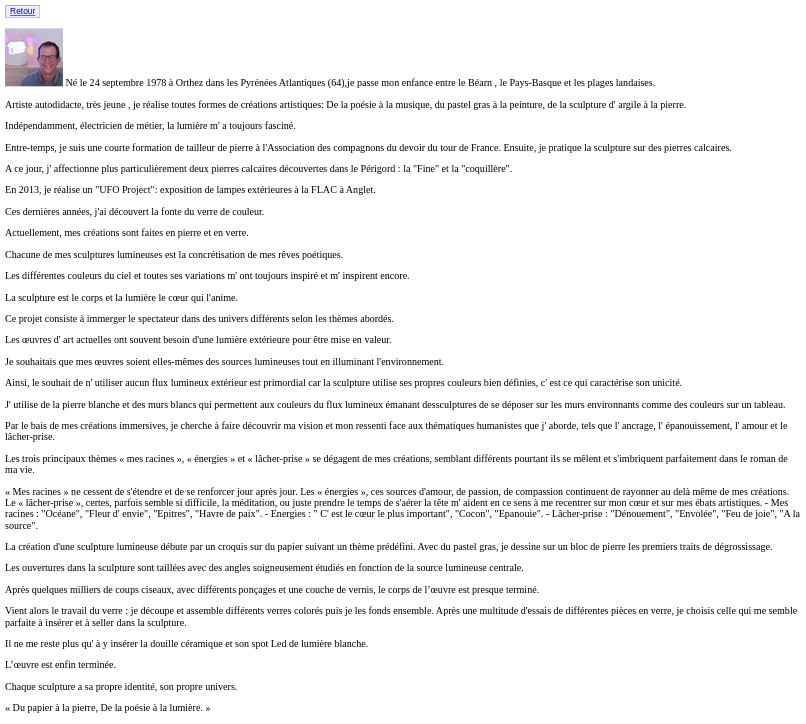
Repository: lysianebo/EricBidart
Page: presentation_more.html
These files come from the project's save history. The page is drawn as it stood at one moment and after the next save; the edit follows.
The browser window is 1280 px wide. The pictures show the whole page, at 63% of full size.

Above is the page before, as saved 2023-10-29 07:46:07.

### presentation_more.html
<!DOCTYPE html>
<html lang="en">
<head>
    <meta charset="UTF-8">
    <meta name="viewport" content="width=device-width, initial-scale=1.0">
    <title>Document</title>
    <link rel="stylesheet" href="public/css/style.css">
</head>
<body>
    <button class="back-button"><a href="presentation.html">Retour</a></button>
    <div class="hidden" id="presentation-content">
        <p class="text"><img src="public/images/happy_moi.jpeg" alt=""> Né le 24 septembre 1978 à Orthez dans les Pyrénées Atlantiques (64),je passe mon enfance entre le Béarn , le Pays-Basque et les plages landaises.</p>
        <p> Artiste autodidacte, très jeune , je réalise toutes formes de créations artistiques: De la poésie à la musique, du pastel gras à la peinture, de la sculpture d' argile à la pierre.</p>
        <p> Indépendamment, électricien de métier, la lumière m' a toujours fasciné.</p>
        <p> Entre-temps, je suis une courte formation de tailleur de pierre à l'Association des compagnons du devoir du
            tour de France. Ensuite, je pratique la sculpture sur des pierres calcaires.</p>
        <p> A ce jour, j' affectionne plus particulièrement deux pierres calcaires découvertes dans le Périgord : la
            "Fine" et la "coquillère".</p>
        <p> En 2013, je réalise un "UFO Project": exposition de lampes extérieures à la FLAC à Anglet.</p>
        <p> Ces dernières années, j'ai découvert la fonte du verre de couleur.</p>
        <p> Actuellement, mes créations sont faites en pierre et en verre.</p>
        <p>Chacune de mes sculptures lumineuses est la concrétisation de mes rêves poétiques.</p>
    </div>
    <div class="hidden" id="demarche-content">
        <p>Les différentes couleurs du ciel et toutes ses variations m' ont toujours inspiré et m' inspirent encore.
            <p>La sculpture est le corps et la lumière le cœur qui l'anime.</p>
            Ce projet consiste à immerger le spectateur dans des univers différents selon les thèmes abordés.
            <p>Les œuvres d' art actuelles ont souvent besoin d'une lumière extérieure pour être mise en valeur.</p>
            <p>Je souhaitais que mes œuvres soient elles-mêmes des sources lumineuses tout en illuminant l'environnement.</p>
            <p>Ainsi, le souhait de n' utiliser aucun flux lumineux extérieur est primordial car la sculpture utilise ses propres couleurs bien définies, c' est ce qui caractérise son unicité.</p>
            <p>J' utilise de la pierre blanche et des murs blancs qui permettent aux couleurs du flux lumineux émanant dessculptures de se déposer sur les murs environnants comme des couleurs sur un tableau.</p>
            <p>Par le bais de mes créations immersives, je cherche à faire découvrir ma vision et mon ressenti face aux thématiques humanistes que j' aborde, tels que l' ancrage, l' épanouissement, l' amour et le lâcher-prise.</p>



            <p>
                Les trois principaux thèmes « mes racines », « énergies » et « lâcher-prise » se dégagent de mes créations,
                semblant différents pourtant ils se mêlent et s'imbriquent parfaitement dans le roman de ma vie.
            </p>

            « Mes racines » ne cessent de s'étendre et de se renforcer jour après jour.

            Les « énergies », ces sources d'amour, de passion, de compassion continuent de rayonner au delà même de mes
            créations.

            Le « lâcher-prise », certes, parfois semble si difficile, la méditation, ou juste prendre le temps de s'aérer la
            tête m' aident en ce sens à me recentrer sur mon cœur et sur mes ébats artistiques.

            - Mes racines : "Océane", "Fleur d' envie", "Epitres", "Havre de paix".

            - Energies : " C' est le cœur le plus important", "Cocon", "Epanouie".

            - Lâcher-prise : "Dénouement", "Envolée", "Feu de joie", "A la source".

        </p>
    </div>
    <div class="hidden"
        id="technique-content">
        <p>La création d'une sculpture lumineuse débute par un croquis sur du papier suivant un thème prédéfini. Avec du
            pastel gras, je dessine sur un bloc de pierre les premiers traits de dégrossissage. </p>
        <p>Les ouvertures dans la sculpture sont taillées avec des angles soigneusement étudiés en fonction de la source
            lumineuse centrale.</p>
        <p>Après quelques milliers de coups ciseaux, avec différents ponçages et une couche de vernis,
            le corps de l’œuvre est presque terminé.</p>
        <p> Vient alors le travail du verre : je découpe et assemble différents verres colorés puis je les fonds ensemble.
            Après une multitude d'essais de différentes pièces en verre, je choisis celle qui me semble parfaite à insérer
            et à seller dans la sculpture.</p>
        <p>Il ne me reste plus qu' à y insérer la douille céramique et son spot Led de lumière blanche.</p>
        </p>
        <p> L’œuvre est enfin terminée.</p>


        <p> Chaque sculpture a sa propre identité, son propre univers.</p>

        <p> « Du papier à la pierre, De la poésie à la lumière. »</p>
    </div>

    </div>
</body>
</html>

### public/css/style.css
/* @import url("https://fonts.googleapis.com/css2?family=Belanosima:wght@400;700&family=Noto+Sans&family=Outfit&family=Rubik:wght@400;500;700&display=swap"); */
/*# sourceMappingURL=style.css.map */

After the next save:
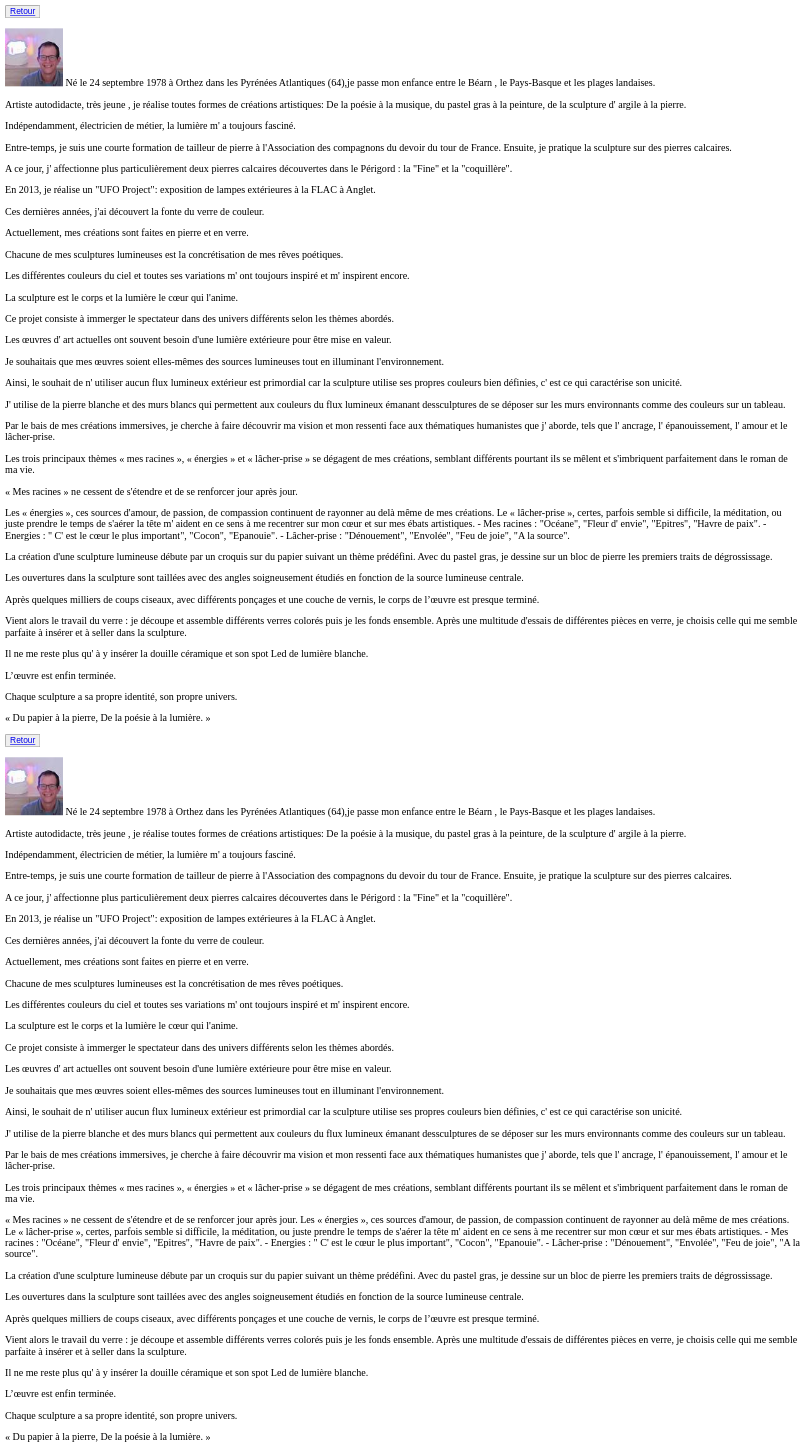
Saved 15 s later.
--- a/presentation_more.html
+++ b/presentation_more.html
@@ -1,3 +1,83 @@
+<!DOCTYPE html>
+<html lang="en">
+<head>
+    <meta charset="UTF-8">
+    <meta name="viewport" content="width=device-width, initial-scale=1.0">
+    <title>Document</title>
+    <link rel="stylesheet" href="public/css/style.css">
+</head>
+<body>
+    <button class="back-button"><a href="presentation.html">Retour</a></button>
+    <div class="hidden" id="presentation-content">
+        <p class="text"><img src="public/images/happy_moi.jpeg" alt=""> Né le 24 septembre 1978 à Orthez dans les Pyrénées Atlantiques (64),je passe mon enfance entre le Béarn , le Pays-Basque et les plages landaises.</p>
+        <p> Artiste autodidacte, très jeune , je réalise toutes formes de créations artistiques: De la poésie à la musique, du pastel gras à la peinture, de la sculpture d' argile à la pierre.</p>
+        <p> Indépendamment, électricien de métier, la lumière m' a toujours fasciné.</p>
+        <p> Entre-temps, je suis une courte formation de tailleur de pierre à l'Association des compagnons du devoir du
+            tour de France. Ensuite, je pratique la sculpture sur des pierres calcaires.</p>
+        <p> A ce jour, j' affectionne plus particulièrement deux pierres calcaires découvertes dans le Périgord : la
+            "Fine" et la "coquillère".</p>
+        <p> En 2013, je réalise un "UFO Project": exposition de lampes extérieures à la FLAC à Anglet.</p>
+        <p> Ces dernières années, j'ai découvert la fonte du verre de couleur.</p>
+        <p> Actuellement, mes créations sont faites en pierre et en verre.</p>
+        <p>Chacune de mes sculptures lumineuses est la concrétisation de mes rêves poétiques.</p>
+    </div>
+    <div class="hidden" id="demarche-content">
+        <p>Les différentes couleurs du ciel et toutes ses variations m' ont toujours inspiré et m' inspirent encore.
+            <p>La sculpture est le corps et la lumière le cœur qui l'anime.</p>
+            Ce projet consiste à immerger le spectateur dans des univers différents selon les thèmes abordés.
+            <p>Les œuvres d' art actuelles ont souvent besoin d'une lumière extérieure pour être mise en valeur.</p>
+            <p>Je souhaitais que mes œuvres soient elles-mêmes des sources lumineuses tout en illuminant l'environnement.</p>
+            <p>Ainsi, le souhait de n' utiliser aucun flux lumineux extérieur est primordial car la sculpture utilise ses propres couleurs bien définies, c' est ce qui caractérise son unicité.</p>
+            <p>J' utilise de la pierre blanche et des murs blancs qui permettent aux couleurs du flux lumineux émanant dessculptures de se déposer sur les murs environnants comme des couleurs sur un tableau.</p>
+            <p>Par le bais de mes créations immersives, je cherche à faire découvrir ma vision et mon ressenti face aux thématiques humanistes que j' aborde, tels que l' ancrage, l' épanouissement, l' amour et le lâcher-prise.</p>
+
+
+
+            <p>
+                Les trois principaux thèmes « mes racines », « énergies » et « lâcher-prise » se dégagent de mes créations,
+                semblant différents pourtant ils se mêlent et s'imbriquent parfaitement dans le roman de ma vie.
+            </p>
+
+            <p>« Mes racines » ne cessent de s'étendre et de se renforcer jour après jour.</p>
+
+            Les « énergies », ces sources d'amour, de passion, de compassion continuent de rayonner au delà même de mes
+            créations.
+
+            Le « lâcher-prise », certes, parfois semble si difficile, la méditation, ou juste prendre le temps de s'aérer la
+            tête m' aident en ce sens à me recentrer sur mon cœur et sur mes ébats artistiques.
+
+            - Mes racines : "Océane", "Fleur d' envie", "Epitres", "Havre de paix".
+
+            - Energies : " C' est le cœur le plus important", "Cocon", "Epanouie".
+
+            - Lâcher-prise : "Dénouement", "Envolée", "Feu de joie", "A la source".
+
+        </p>
+    </div>
+    <div class="hidden"
+        id="technique-content">
+        <p>La création d'une sculpture lumineuse débute par un croquis sur du papier suivant un thème prédéfini. Avec du
+            pastel gras, je dessine sur un bloc de pierre les premiers traits de dégrossissage. </p>
+        <p>Les ouvertures dans la sculpture sont taillées avec des angles soigneusement étudiés en fonction de la source
+            lumineuse centrale.</p>
+        <p>Après quelques milliers de coups ciseaux, avec différents ponçages et une couche de vernis,
+            le corps de l’œuvre est presque terminé.</p>
+        <p> Vient alors le travail du verre : je découpe et assemble différents verres colorés puis je les fonds ensemble.
+            Après une multitude d'essais de différentes pièces en verre, je choisis celle qui me semble parfaite à insérer
+            et à seller dans la sculpture.</p>
+        <p>Il ne me reste plus qu' à y insérer la douille céramique et son spot Led de lumière blanche.</p>
+        </p>
+        <p> L’œuvre est enfin terminée.</p>
+
+
+        <p> Chaque sculpture a sa propre identité, son propre univers.</p>
+
+        <p> « Du papier à la pierre, De la poésie à la lumière. »</p>
+    </div>
+
+    </div>
+</body>
+</html>
 <!DOCTYPE html>
 <html lang="en">
 <head>
